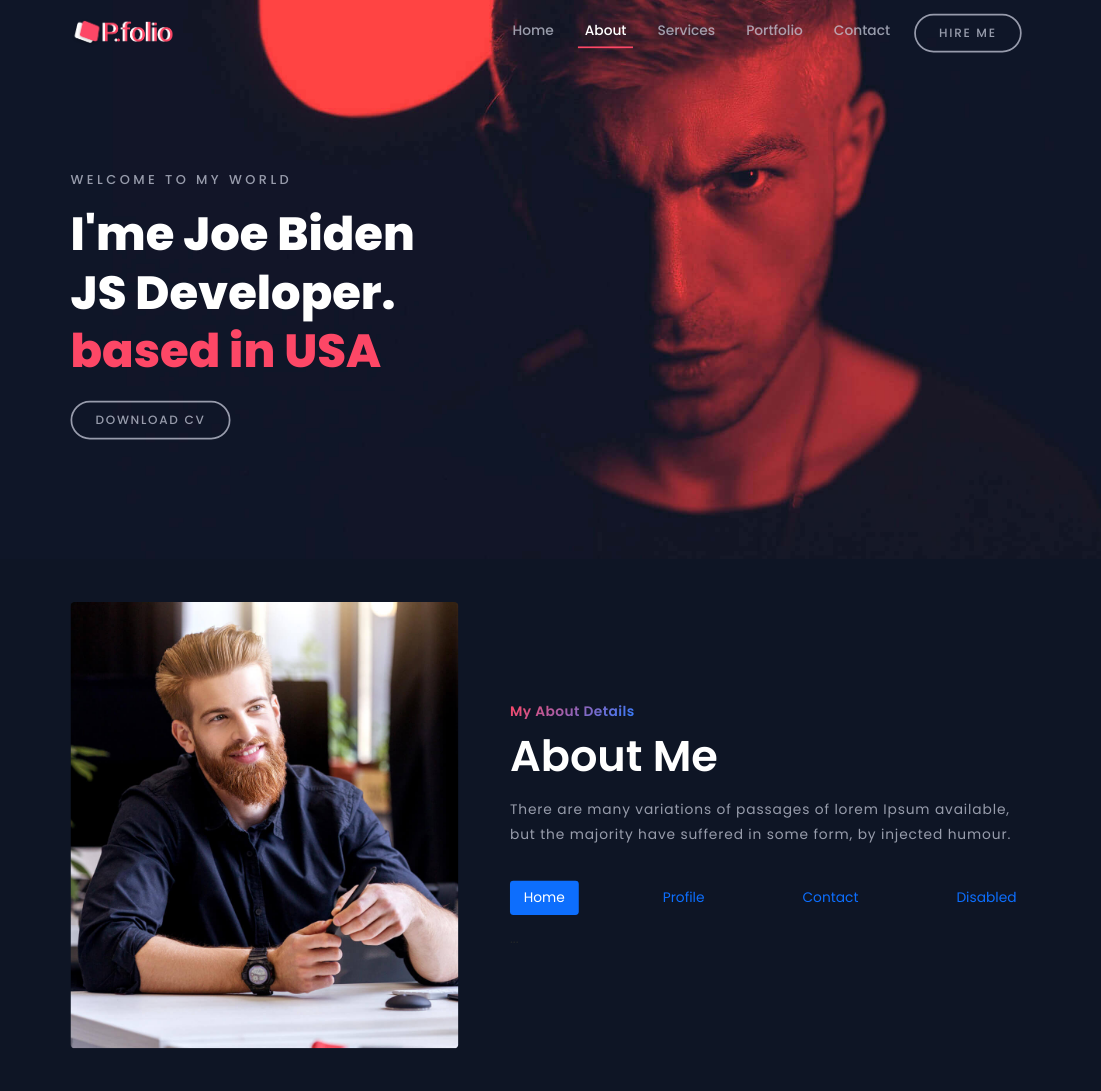
Repository: wadelfadill/Bootstrap_tache_3_responsive_portfolio
Page: index.html
The author's editor kept a copy of each file at every save. The page is drawn from the files as they stood at one save, then again after the next save.
The browser window is 1280 px wide. The pictures show the whole page, at 86% of full size.
Backgrounds fixed to the window are drawn as part of the page. Some web libraries are served in a nearby version.

Above is the page before, as saved 2023-04-11 09:47:03.

### index.html
<!DOCTYPE html>
<html lang="en">
<head>
    <meta charset="UTF-8">
    <meta http-equiv="X-UA-Compatible" content="IE=edge">
    <meta name="viewport" content="width=device-width, initial-scale=1.0">
    <title>Bootstrap_Responsive_Portfolio</title>
    <!------ FAVICON ------->
    <link rel="icon" type="image/png" href="images/favicon.png">

    <!------------ Bootstrap link --------------->
    <link href="https://cdn.jsdelivr.net/npm/bootstrap@5.1.3/dist/css/bootstrap.min.css" rel="stylesheet" integrity="sha384-1BmE4kWBq78iYhFldvKuhfTAU6auU8tT94WrHftjDbrCEXSU1oBoqyl2QvZ6jIW3" crossorigin="anonymous">

    <!-------------- Font-awsome script  ------------->
    <script src="https://kit.fontawesome.com/8f130c8a35.js" crossorigin="anonymous"></script>

    <!------------ CSS files link  ------------->
    <link rel="stylesheet" href="css/style.css">
    <link rel="stylesheet" href="css/responsive-style.css">

    <!------------- Google-Font link ---------------->
    <link rel="stylesheet" href="https://fonts.googleapis.com/css2?family=Poppins%3Awght%40100%3B200%3B300%3B400%3B500%3B600%3B700%3B800%3B900&display=swap">
</head>
<body data-bs-spy="scroll" data-bs-target=".navbar" data-bs-offset="75">
    <!------------------------------------------------------>
        <!------------- Navbar Section ----------->
        <header class="header_wrapper">
            <nav class="navbar navbar-expand-lg fixed-top">
                <div class="container">
                  <a class="navbar-brand" href="#">
                    <img src="images/logo.png" alt="logo" class="img-fluid">
                  </a>
                  <button class="navbar-toggler" type="button" data-bs-toggle="collapse" data-bs-target="#navbarNav" aria-controls="navbarNav" aria-expanded="false" aria-label="Toggle navigation">
                    <i class="fa-solid fa-bars-staggered navbar-toggler-icon"></i>
                  </button>
                  <div class="collapse navbar-collapse justify-content-end" id="navbarNav">
                    <ul class="navbar-nav menu-navbar-nav">
                      <li class="nav-item">
                        <a class="nav-link active" aria-current="page" href="#home">Home</a>
                      </li>
                      <li class="nav-item">
                        <a class="nav-link" href="#about">About</a>
                      </li>
                      <li class="nav-item">
                        <a class="nav-link" href="#services">Services</a>
                      </li>
                      <li class="nav-item">
                        <a class="nav-link" href="#portfolio">Portfolio</a>
                      </li>
                      <li class="nav-item">
                        <a class="nav-link" href="#contact">Contact</a>
                      </li>
                      <li class="nav-item mt-3 mt-lg-0">
                        <a class="main-btn" href="#contact">Hire me</a>
                      </li>
                    </ul>
                  </div>
                </div>
              </nav>
        </header>
        <!----------- Navbar section end -------->
    <!------------------------------------------------------>
        <!----------- Banner section ------------->
        <section id="home" class="banner_wrapper">
            <div class="container">
                <div class="row">
                    <div class="col-sm-12 text-center text-md-start">
                        <h6>WELCOME TO MY WORLD</h6>
                        <h1>I'me Joe Biden <br> JS Developer. <span><br>based in USA</span></h1>
                        <div class="mt-4">
                            <a href="" class="main-btn">Download CV</a>
                        </div>
                    </div>
                </div>
            </div>
        </section>
        <!----------- Banner section end --------->
    <!------------------------------------------------------>
        <!----------- About section -------------->
        <section id="about" class="about_wrapper">
            <div class="container">
              <div class="row justify-content-between align-items-center">
                  <div class="col-lg-5 mb-lg-0">
                    <img src="images/about.jpg" alt="about-img" class="img-fluid rounded-3">
                  </div>
                  <div class="col-lg-7 ps-lg-5 text-center text-lg-start">
                    <div class="my-3 my-lg-0">
                      <span class="subtitle">My About Details</span>
                      <h2>About Me</h2>
                      <p>There are many variations of passages of lorem Ipsum available, but the majority have
                        suffered in some form, by injected humour.</p>
                    </div>
                    <div class="pt-4">
                      <ul class="nav nav-pills mb-3 justify-content-center justify-content-lg-between" id="pills-tab" role="tablist">
                        <li class="nav-item" role="presentation">
                          <button class="nav-link active" id="pills-home-tab" data-bs-toggle="pill" data-bs-target="#pills-home" type="button" role="tab" aria-controls="pills-home" aria-selected="true">Home</button>
                        </li>
                        <li class="nav-item" role="presentation">
                          <button class="nav-link" id="pills-profile-tab" data-bs-toggle="pill" data-bs-target="#pills-profile" type="button" role="tab" aria-controls="pills-profile" aria-selected="false">Profile</button>
                        </li>
                        <li class="nav-item" role="presentation">
                          <button class="nav-link" id="pills-contact-tab" data-bs-toggle="pill" data-bs-target="#pills-contact" type="button" role="tab" aria-controls="pills-contact" aria-selected="false">Contact</button>
                        </li>
                        <li class="nav-item" role="presentation">
                          <button class="nav-link" id="pills-disabled-tab" data-bs-toggle="pill" data-bs-target="#pills-disabled" type="button" role="tab" aria-controls="pills-disabled" aria-selected="false" disabled>Disabled</button>
                        </li>
                      </ul>
                      <div class="tab-content" id="pills-tabContent">
                        <div class="tab-pane fade show active" id="pills-home" role="tabpanel" aria-labelledby="pills-home-tab" tabindex="0">...</div>
                        <div class="tab-pane fade" id="pills-profile" role="tabpanel" aria-labelledby="pills-profile-tab" tabindex="0">...</div>
                        <div class="tab-pane fade" id="pills-contact" role="tabpanel" aria-labelledby="pills-contact-tab" tabindex="0">...</div>
                        <div class="tab-pane fade" id="pills-disabled" role="tabpanel" aria-labelledby="pills-disabled-tab" tabindex="0">...</div>
                      </div>
                    </div>
                  </div>
              </div>
            </div>
        </section>
        <!----------- About section end ---------->
    <!------------------------------------------------------->
        <!----------- Services section ----------->

        <!----------- Services section end ------->
    <!------------------------------------------------------->
        <!----------- Portfolio section ---------->

        <!----------- Portfolio section end ----->
    <!------------------------------------------------------->
        <!----------- Contact section ----------->

        <!----------- Contact section end ------->
    <!------------------------------------------------------->
        <!------------ Footer section ----------->

        <!------------ Footer section end ------->
    <!------------------------------------------------------->
        <!-- JS file link -->
        <script src="js/main.js"></script>
        <!---------------- bootstrap script -------------->
        <script src="https://cdn.jsdelivr.net/npm/bootstrap@5.1.3/dist/js/bootstrap.bundle.min.js" integrity="sha384-ka7Sk0Gln4gmtz2MlQnikT1wXgYsOg+OMhuP+IlRH9sENBO0LRn5q+8nbTov4+1p" crossorigin="anonymous"></script>
</body>
</html>

### css/style.css
/* TABLE OF CONTENTS */
/* --------------------
1. General
2.Navbar
3.Banner
4.About
5.Services
6.Portfolio
7.contact
8.Footer
---------------------- */

/* 1. General */
@import url('https://fonts.googleapis.com/css2?family=Poppins%3Awght%40100%3B200%3B300%3B400%3B500%3B600%3B700%3B800%3B900&display=swap');

*{
    box-sizing: border-box;
    margin: 0;
    padding: 0;
}
:root{
    /* Background Color */
    --primary-color:#FD4766;
    --secondary-color:#0e1525;
    --bg-dark-blue:#091020;
    --bg-white:#fff;
    --gray-color:#c6c9d8bf;
    --gradient-color: linear-gradient(-224deg, var(--primary-color) 0, #337Dff 100%);
    --gradient-text: linear-gradient(120deg, #1C99FE 20.69%, #7644FF 50.19%, var(--primary-color) 79.69%);
    filter: progid:DXImageTransform.Microsoft.gradient(startColorstr='var(--primary-color)', endColorstr='var(--secondary-color)', GradientType=1);

    /* Text Color */
    --primary-font: 'Poppins', 'sans-serif';
    --primary-text: #FD4766;
    --text-gray: #c6c9d8bf;
    --text-white:#fff;

}

body{
    font-family: var(--primary-font);
    background-color: var(--secondary-color);
}
a{
    text-decoration: none;
}

/* 1 custom css */
::-webkit-scrollbar{
    width: 6px;
}
::-webkit-scrollbar-track{
    background: var(--bg-dark-blue);
}
::-webkit-scrollbar-thumb{
    background: var(--primary-color);
}
input[type=number]::-webkit-inner-spin-button,
input[type=number]::-webkit-outer-spin-button{
    -webkit-appearance: none;
    margin: 0;
}

section{
    padding: 50px 0;
}
.main-btn{
    display: inline-block;
    border-radius: 50px;
    transition: all .4s ease-in-out;
    padding: 10px 27px;
    background-color: transparent;
    border: 2px solid var(--gray-color);
    color: var(--text-gray);
    font-weight: 500;
    font-size: 14px;
    text-transform: uppercase;
    letter-spacing: 2px;
    text-decoration: none;
}
.main-btn:hover{
    background-color: var(--primary-color);
    border-color: var(--primary-color);
    color: var(--text-white);

}
h1{
    font-size: 54px;
    line-height: 68px;
    font-weight: 800;
    color: var(--text-white);
    margin-bottom: 20px;
}
h1 span{
    color: var(--primary-color);
}
h2{
    font-size: 50px;
    line-height: 1.3;
    font-weight: 600;
    color: var(--text-white);
    margin-bottom: 15px;
}
h3{
    font-size: 20px;
    font-weight: 800;
    color: var(--text-white);
    margin-bottom: 19px;
}
h6{
    font-size: 15px;
    text-transform: uppercase;
    letter-spacing: 4px;
    display: block;
    color: var(--text-gray);
    margin-bottom: 20px;
}

p{
    color: var(--text-gray);
    font-size: 16px;
    line-height: 28px;
    letter-spacing: 1px;
    font-weight: 400;
}

.subtitle{
    display: inline-block;
    font-weight: 600;
    letter-spacing: 0.5px;
    line-height: 18px;
    font-size: 16px;
    margin-bottom: 12px;
    background: var(--gradient-color);
    -webkit-background-clip: text;
    -webkit-text-fill-color: transparent;
}
input:hover,
input:focus,
textarea:hover,
textarea:focus,
button{
    outline: none !important;
    box-shadow: none !important;
}

/* 2. Navbar */
.header_wrapper .navbar{
    padding: 15px 0;
    -webkit-transition: all .2s linear;
    -o-transition: all .2s linear;
    transition: all .2s linear;

}
.header_wrapper .navbar-brand img{
    max-width: 120px;
    height: auto;
}
.header_wrapper .navbar-toggler{
    border: 0;
    color: var(--gray-color);
    line-height: 2;
}
.header_wrapper .navbar-toggler:focus{
    box-shadow: none;
}
.header_wrapper .nav-item{
    margin: 0 10px;
}
.header_wrapper .nav-item .nav-link{
    position: relative;
    font-size: 16px;
    font-weight: 500;
    color: var(--text-gray);
    display: inline-block;
}
.header_wrapper .nav-item .nav-link::after{
    position: absolute;
    content: '';
    left: 0;
    width: 0;
    height: 2px;
    background: var(--primary-color);
    transition: 0.3s;
    bottom: 0;
}
.header_wrapper .nav-item .nav-link.active::after,
.header_wrapper .nav-item .nav-link:hover::after{
    width: 100%;

}
.header_wrapper .nav-item .nav-link.active,
.header_wrapper .nav-item .nav-link:hover{
     color: var(--text-white);
}
.header-scrolled{
    position: fixed;
    top: 0;
    left: 0;
    width: 100%;
    background-color: var(--bg-dark-blue);
    -webkit-box-shadow: 0 4px 6px 0 rgba(12, 0, 46, .05);
    box-shadow: 0 4px 6px 0 rgba(12, 0, 46, .05);
}
.header-scrolled .nav-item .nav-link.active,
.header-scrolled .nav-item .nav-link:hover{
     color: var(--primary-text);
}
/* 3. Banner */
.banner_wrapper{
    width: 100%;
    height: auto;
    min-height: 650px;
    background-image: url('../images/bg-image.jpg');
    background-repeat: no-repeat;
    background-position: center center;
    background-size: cover;
    background-attachment: fixed;
    padding: 200px 0 100px 0;
}

### css/responsive-style.css
@media (max-width:991px){

    /* Custom css */
    section{
        padding: 30px 0;
    }
    h2{
        font-size: 30px;
        line-height: 40px;
    }
    h3{
        font-size: 20px;
    }
    /* 2. Navbar */
    .header-scrolled{
        height: auto;
    }
    .header_wrapper .menu-navbar-nav{
        text-align: center;
        background-color: var(--bg-dark-blue);
        padding-bottom: 15px;
    }
    .header_wrapper .nav-item .nav-link{
        margin-top: 15px;
    }
    /* banner wrapper */
    .banner_wrapper{
        padding: 200px 0;
    }
}



@media (max-width:767px){
    /* Custom css */
    section{
        padding: 30px 0;
    }
    h1{
        font-size: 40px;
        line-height: 48px;
    }
    h2{
        font-size: 25px;

    }
    p{
        font-size: 13px;
        line-height: 24px;
    }
}

### js/main.js
//Header Scroll
let nav = document.querySelector(".navbar");
window.onscroll = function () {
    if(document.documentElement.scrollTop > 20){
        nav.classList.add("header-scrolled");
    }else{
        nav.classList.remove("header-scrolled");
    }
}

// nav hide
let navBar = document.querySelectorAll(".nav-link");
let navCollapse = document.querySelector(".navbar-collapse.collapse");
navBar.forEach(function(a){
    a.addEventListener("click", function(){
        navCollapse.classList.remove("show")
    })
})

After the next save:
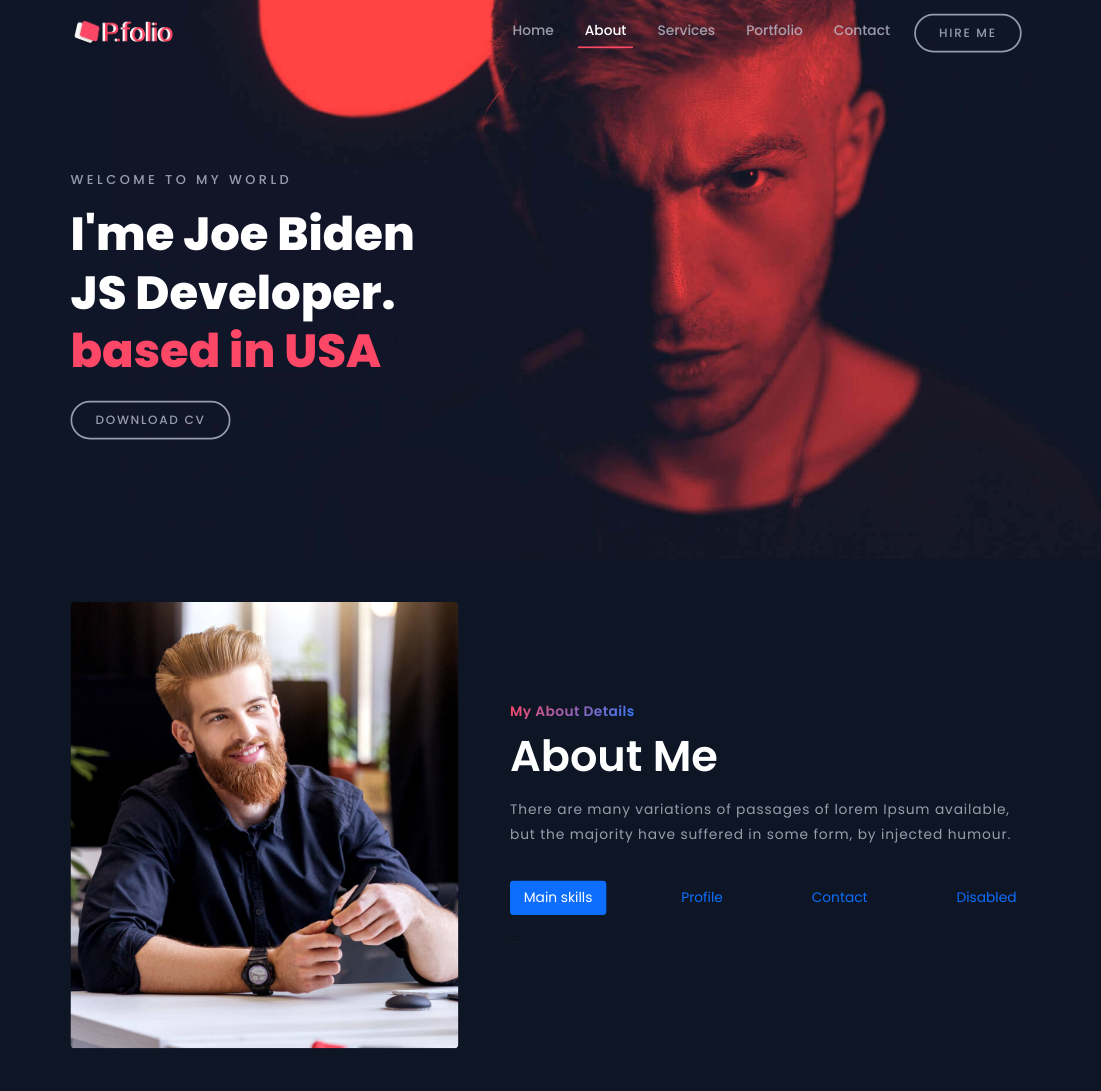
Saved 6 min 19 s later.
--- a/index.html
+++ b/index.html
@@ -93,10 +93,10 @@
                     <div class="pt-4">
                       <ul class="nav nav-pills mb-3 justify-content-center justify-content-lg-between" id="pills-tab" role="tablist">
                         <li class="nav-item" role="presentation">
-                          <button class="nav-link active" id="pills-home-tab" data-bs-toggle="pill" data-bs-target="#pills-home" type="button" role="tab" aria-controls="pills-home" aria-selected="true">Home</button>
+                          <button class="nav-link active" id="pills-skill-tab" data-bs-toggle="pill" data-bs-target="#pills-skill" type="button" role="tab" aria-controls="pills-skill" aria-selected="true">Main skills</button>
                         </li>
                         <li class="nav-item" role="presentation">
-                          <button class="nav-link" id="pills-profile-tab" data-bs-toggle="pill" data-bs-target="#pills-profile" type="button" role="tab" aria-controls="pills-profile" aria-selected="false">Profile</button>
+                          <button class="nav-link" id="pills-award-tab" data-bs-toggle="pill" data-bs-target="#pills-award" type="button" role="tab" aria-controls="pills-award" aria-selected="false">Profile</button>
                         </li>
                         <li class="nav-item" role="presentation">
                           <button class="nav-link" id="pills-contact-tab" data-bs-toggle="pill" data-bs-target="#pills-contact" type="button" role="tab" aria-controls="pills-contact" aria-selected="false">Contact</button>
@@ -106,8 +106,8 @@
                         </li>
                       </ul>
                       <div class="tab-content" id="pills-tabContent">
-                        <div class="tab-pane fade show active" id="pills-home" role="tabpanel" aria-labelledby="pills-home-tab" tabindex="0">...</div>
-                        <div class="tab-pane fade" id="pills-profile" role="tabpanel" aria-labelledby="pills-profile-tab" tabindex="0">...</div>
+                        <div class="tab-pane fade show active" id="pills-skill" role="tabpanel" aria-labelledby="pills-skill-tab" tabindex="0">...</div>
+                        <div class="tab-pane fade" id="pills-award" role="tabpanel" aria-labelledby="pills-award-tab" tabindex="0">...</div>
                         <div class="tab-pane fade" id="pills-contact" role="tabpanel" aria-labelledby="pills-contact-tab" tabindex="0">...</div>
                         <div class="tab-pane fade" id="pills-disabled" role="tabpanel" aria-labelledby="pills-disabled-tab" tabindex="0">...</div>
                       </div>
